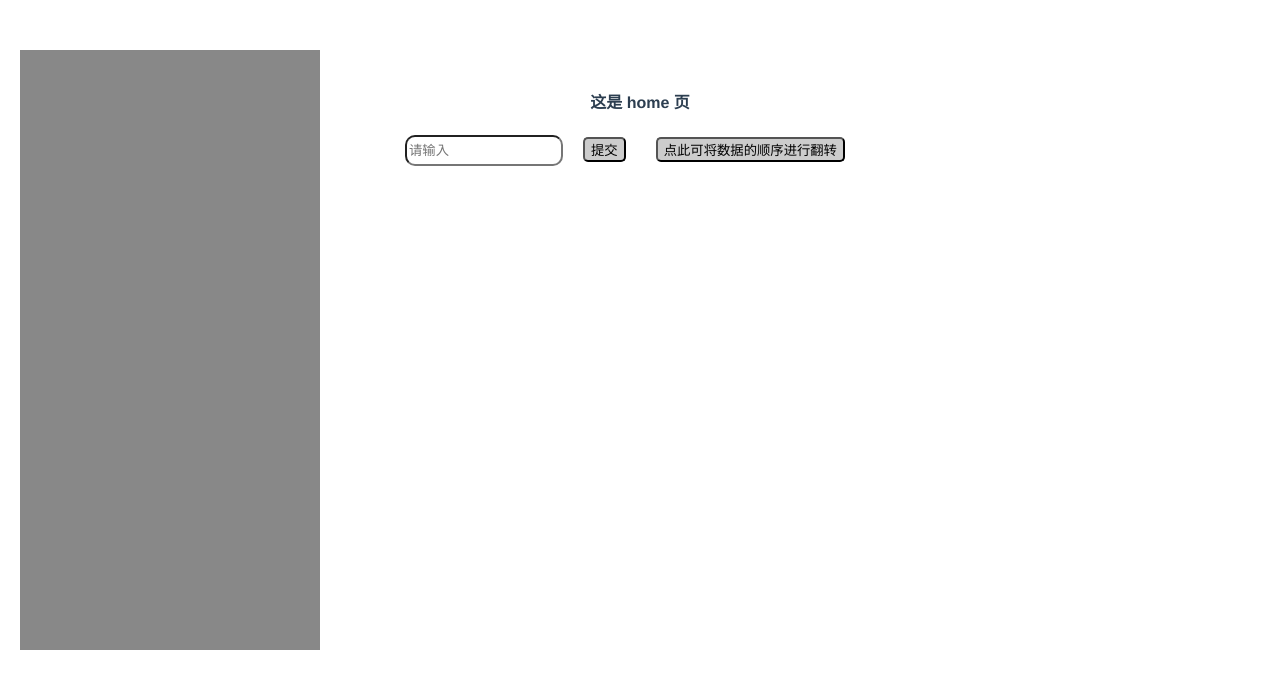
Repository: z-xy-git/demofirst
Page: /
An editor plug-in stored every save of this project. The page is shown before and after the next save, followed by the edit.
The browser window is 1280 px wide. The pictures show the whole page.
The project was rebuilt for these pictures with package versions that can differ from the ones it lists, and the page was loaded fresh each time.

Above is the page before, as saved 2021-02-25 11:38:59.

### src/App.vue
<template>
  <div id="app">
    <div id="nav">
    </div>
    <router-view/>
  </div>
</template>

<style>
#app {
  font-family: Avenir, Helvetica, Arial, sans-serif;
  -webkit-font-smoothing: antialiased;
  -moz-osx-font-smoothing: grayscale;
  text-align: center;
  color: #2c3e50;
}

#nav {
  padding: 30px;
}

#nav a {
  font-weight: bold;
  color: #2c3e50;
}

#nav a.router-link-exact-active {
  color: #42b983;
}
</style>

### src/views/Home.vue
<template>
  <div class="home">
    <h4>这是 home 页</h4>
    <input type="text" v-model="inputData" placeholder="请输入" class="input-style">
    <button @click="btnclick" class="btn-style">提交</button>
    <button @click="reverseItemData" class="btn-style">点此可将数据的顺序进行翻转</button>
    <div class="show-data">
      <p class="p" v-for="(item) in inputDataArr" :key="item">{{item}}</p>
    </div>
  </div>
</template>

<script>
// @ is an alias to /src

export default {
  name: 'Home',
  components: {
  },
  data(){
    return{
      inputData: '',
      inputDataArr: []
    }
  },
  methods:{
    btnclick() {
      // this.$router.push('/about');
      console.log(this.inputData);
      // this.$el.querySelector('.p').innerHTML = this.inputData;
      this.inputDataArr.push(this.inputData);
    },
    reverseItemData(){
      this.inputDataArr.reverse;
    }
  }
}
</script>
<style>
  .input-style{
    margin-right: 20px;
    outline: none;
    border-radius: 10px;
    width: 150px;
    height: 25px;
  }
  .btn-style{
    margin-right: 30px;
    outline: none;
    border-radius: 5px;
    background-color: #ccc;
  }
  .show-data{
    position: absolute;
    left: 20px;
    top: 50px;
    width: 300px;
    height: 600px;
    background-color: #888;
    color: #fff;
  }
</style>

Loaded but not shown: public/index.html (common file); src/main.js (common file); src/router/index.js (common file); src/store/index.js (common file)

After the next save:
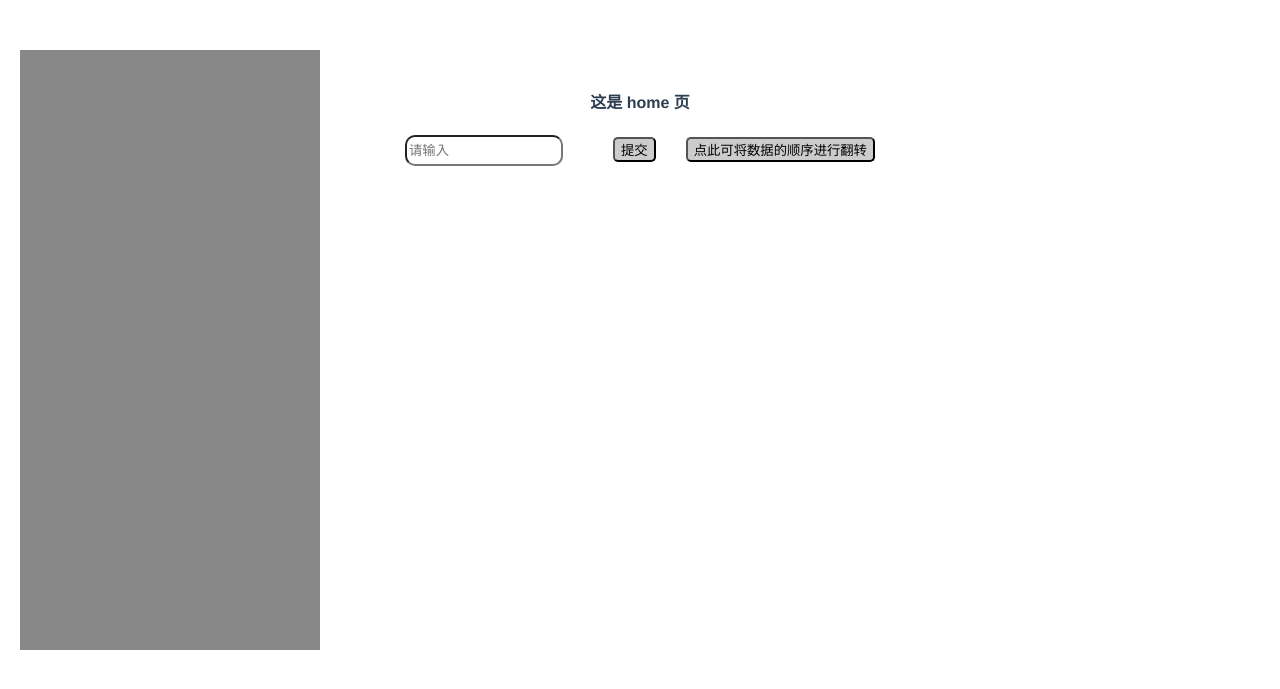
Saved 22 s later.
--- a/src/views/Home.vue
+++ b/src/views/Home.vue
@@ -45,7 +45,7 @@ export default {
     height: 25px;
   }
   .btn-style{
-    margin-right: 30px;
+    margin-left: 30px;
     outline: none;
     border-radius: 5px;
     background-color: #ccc;
